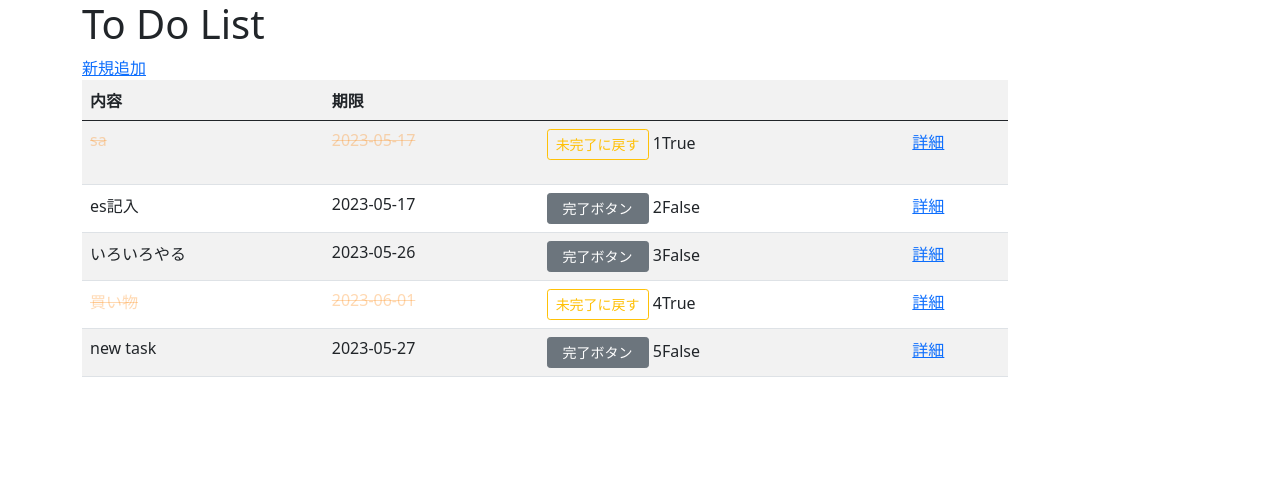
Repository: sgmtg/ToDoList
Page: http://localhost/
The author's editor kept a record of every edit. The page is drawn from the files as they stood at one moment, then again after the next edit.
The browser window is 1280 px wide. The pictures show the whole page.
The page is served by the project's application, run on Flask 3 (app.py). The page reads the database file committed with the project.

Above is the page before.

After the next edit:
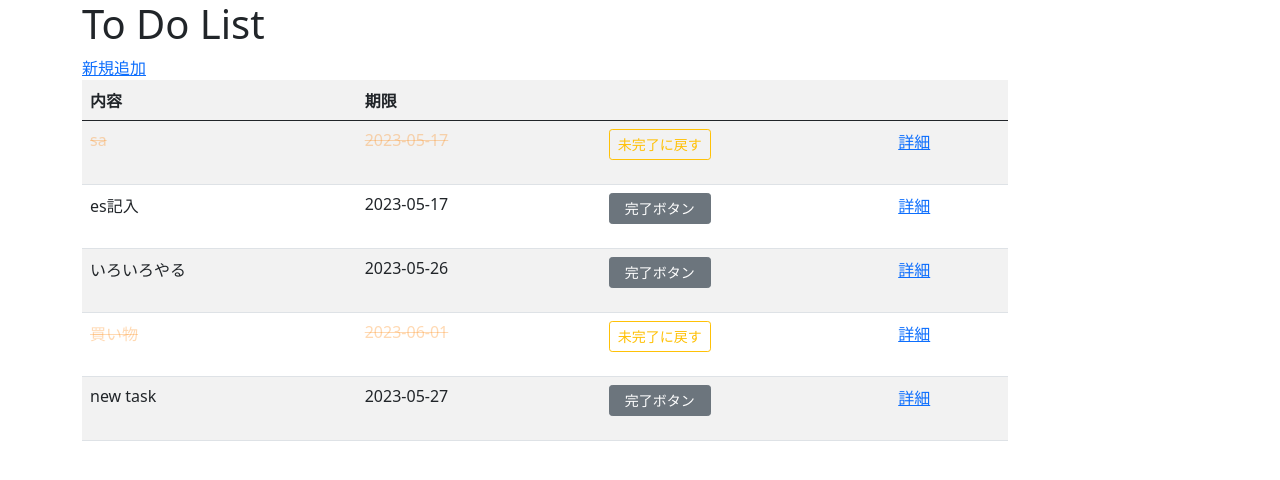
The edit:
--- a/templates/index.html
+++ b/templates/index.html
@@ -18,9 +18,7 @@
                     {% if post.done %}<button type="submit" class="btn btn-outline-warning btn-sm">未完了に戻す</button>
                     {% else %}<button type="submit" class="btn btn-secondary btn-sm">完了ボタン　</button>
                     {% endif %}
-
-                    {{post.id}}{{post.done}}
-                    </from></td>
+                    </form></td>
                 <td><a href="/detail/{{ post.id }}">詳細</a></td>
 
             </tr>
